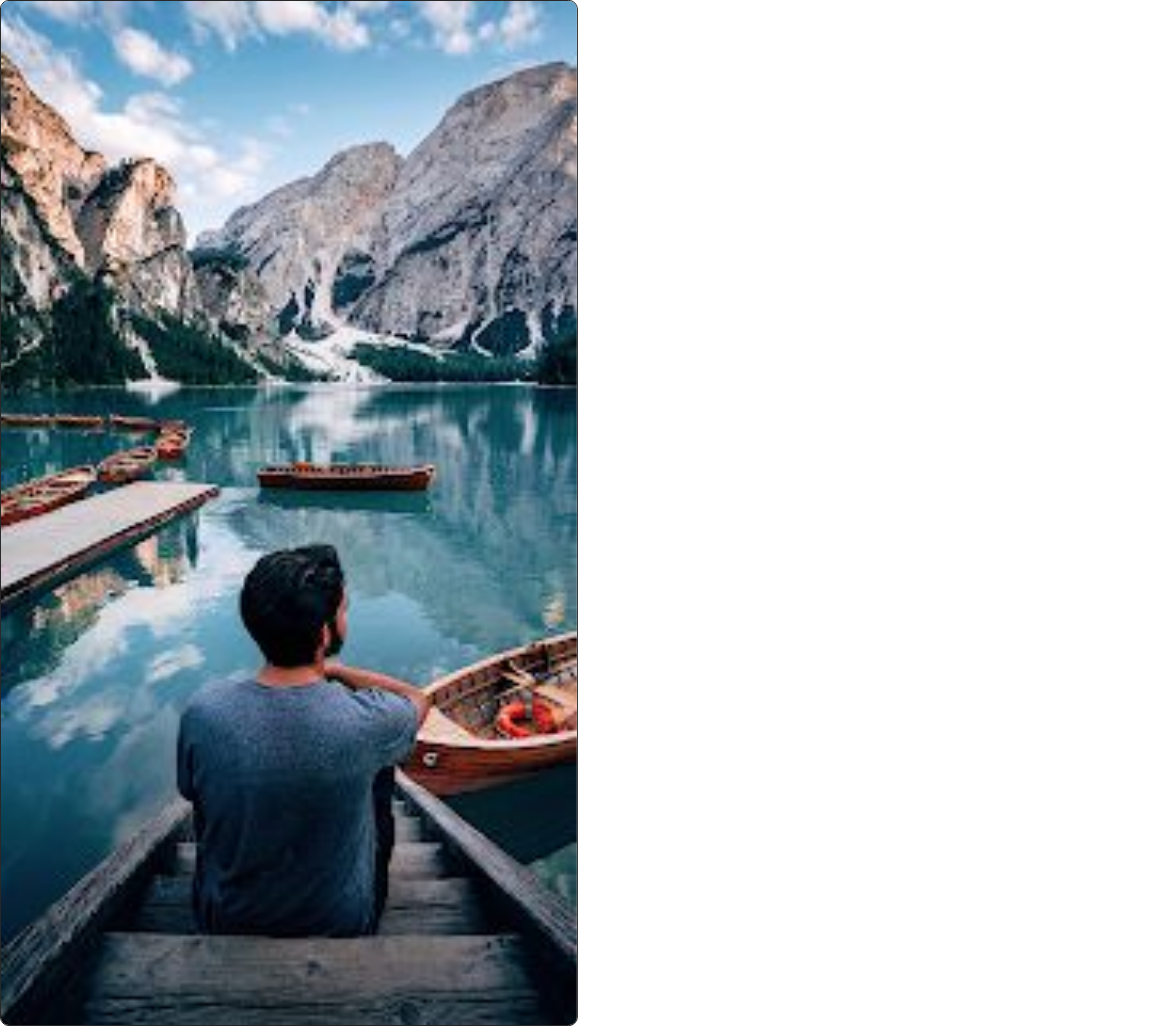
Repository: diensy/Web_dev
Page: Css/Exercise/exercise-2/index.html
An editor plug-in stored every save of this project. The page is shown before and after a run of saves, followed by the edit.
The browser window is 1280 px wide. The pictures show the whole page, at 90% of full size.

Above is the page before, as saved 2024-05-27 20:52:40.

After the next 5 saves:
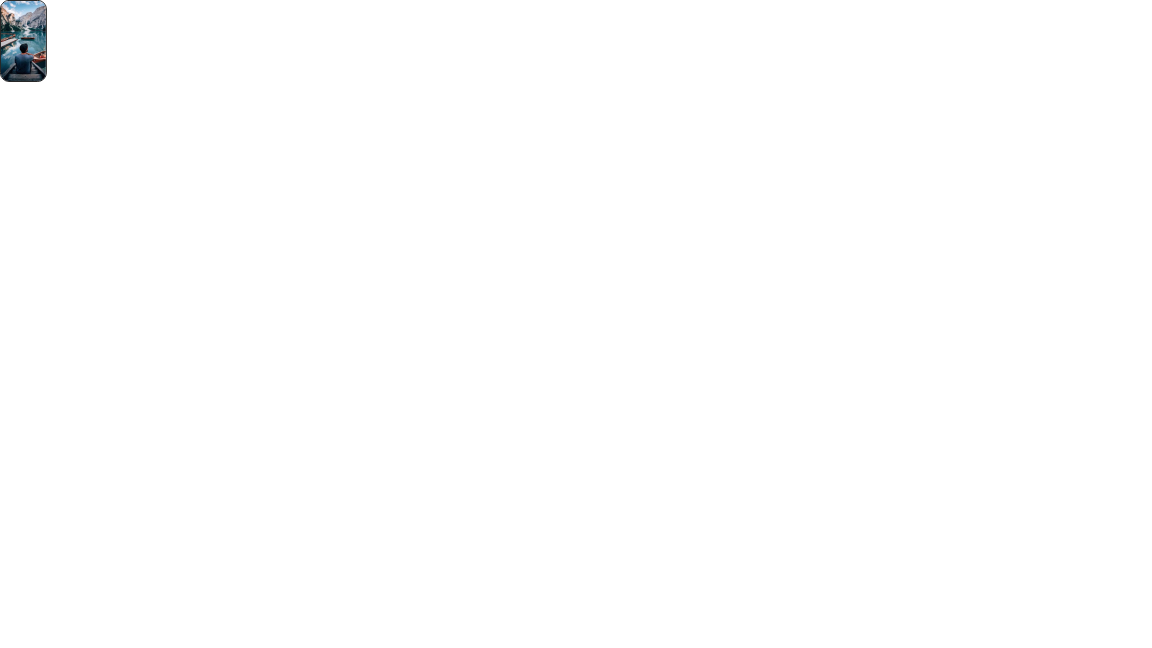
The 5 saves are shown as one change because they came seconds apart.
The last was saved 16 s later.
--- a/Css/Exercise/exercise-2/index.css
+++ b/Css/Exercise/exercise-2/index.css
@@ -7,7 +7,7 @@
   display: grid;
   border: 1px solid black;
   border-radius: 10px;
-  height: 100;
-  width: 50vw;
+  height: 100%;
+  width: 50px;
 
 }
